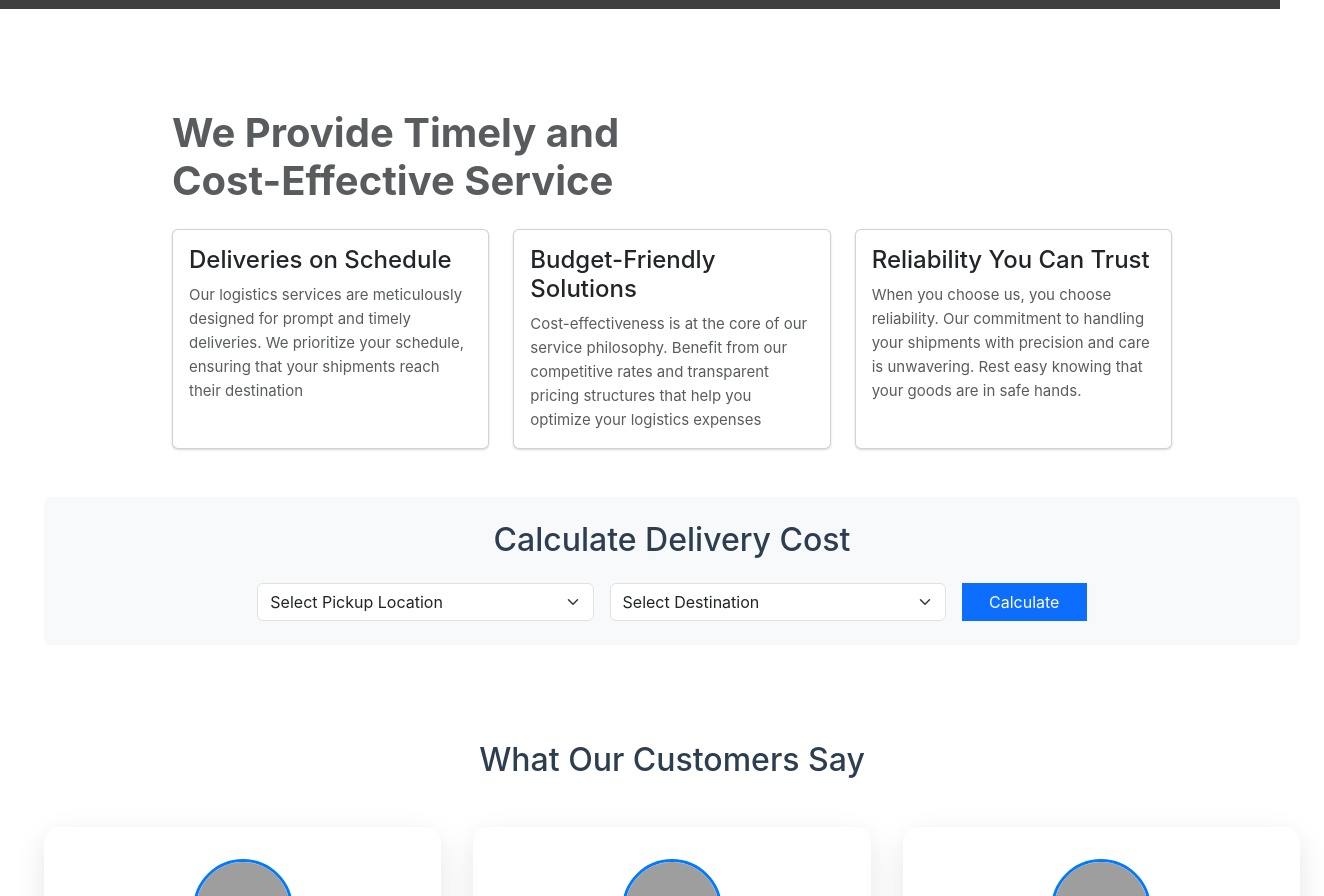
Repository: stancillous/package-yangu-logistics
Page: /
The author's editor kept a copy of each file at every save. The page is drawn from the files as they stood at one save, then again after a run of saves.
The browser window is 1280 px wide. The page is 1324 px wide, so the pictures cover 1324 px, including what lies to the right of the window. The pictures show the part of the page from y = 667 to 1563 px (the page is 2145 px tall before and 2112 px after).
Pictures or frames that could not be fetched are drawn as grey boxes. The project was rebuilt for these pictures with package versions that can differ from the ones it lists, and the page was loaded fresh each time. Also part of the build but not shown: vite.config.ts.

Above is the page before, as saved 2025-01-31 14:16:24.

### index.html
<!DOCTYPE html>
<html lang="">
  <head>
    <meta charset="UTF-8">
    <meta name="viewport" content="width=device-width, initial-scale=1.0">
    <link rel="icon" href="/favicon.ico">

    <!-- Bootstrap CSS -->
    <link href="https://cdn.jsdelivr.net/npm/bootstrap@5.3.0/dist/css/bootstrap.min.css" rel="stylesheet">
    <!-- Bootstrap Icons -->
    <link href="https://cdn.jsdelivr.net/npm/bootstrap-icons@1.11.1/font/bootstrap-icons.css" rel="stylesheet">

    <!-- Fonts -->

    <link rel="preconnect" href="https://fonts.googleapis.com">
    <link rel="preconnect" href="https://fonts.gstatic.com" crossorigin>
    <link href="https://fonts.googleapis.com/css2?family=Roboto:ital,wght@0,100..900;1,100..900&display=swap" rel="stylesheet">
    <title>Courier</title>

    <style>
      body{
        font-family: 'Roboto', sans-serif;
        overflow-x: hidden;
        width: 100vw;
      }

      button{
        border-radius: 0 !important;
      }

    </style>
  </head>
  <body>
    <div id="app"></div>


    <script type="module" src="/src/main.ts"></script>
    <!-- Bootstrap JS -->
    <script src="https://cdn.jsdelivr.net/npm/bootstrap@5.3.0/dist/js/bootstrap.bundle.min.js"></script>
  </body>
</html>

### src/main.ts
import './assets/main.css'

import { createApp } from 'vue'
import App from './App.vue'
import router from './router'

// import { BootstrapVue, BootstrapVueIcons } from 'bootstrap-vue'

// import 'bootstrap/dist/css/bootstrap.css'
// import 'bootstrap-vue/dist/bootstrap-vue.css'

const app = createApp(App)

// app.use(BootstrapVue)
// app.use(BootstrapVueIcons)

app.use(router)

app.mount('#app')

### src/App.vue
<script setup lang="ts">
import { RouterLink, RouterView } from 'vue-router'
import Index from './views/Index.vue'
</script>

<template>
  <div>
    <Index/>
  </div>

</template>

<style scoped>

body{
  border: 8px solid red !important;
}
</style>

### src/router/index.ts
import { createRouter, createWebHistory } from 'vue-router'
import Index from '../views/Index.vue'

const router = createRouter({
  history: createWebHistory(import.meta.env.BASE_URL),
  routes: [
    {
      path: '/',
      name: 'home',
      component: Index,
    },
    // {
    //   path: '/about',
    //   name: 'about',
    //   // route level code-splitting
    //   // this generates a separate chunk (About.[hash].js) for this route
    //   // which is lazy-loaded when the route is visited.
    //   component: () => import('../views/AboutView.vue'),
    // },
  ],
})

export default router

### src/views/Index.vue
<template>
    <div class="container">
      <nav class="navbar navbar-expand-lg navbar-light bg-white fixed-top shadow-sm">
        <div class="container">
          <a class="navbar-brand d-flex align-items-center" href="#">
            <i class="bi bi-box-seam fs-2 text-primary me-2"></i>
            <span class="fw-bold">FastCourier</span>
          </a>
          <button class="navbar-toggler" type="button" data-bs-toggle="collapse" data-bs-target="#navbarNav">
            <span class="navbar-toggler-icon"></span>
          </button>
          <div class="collapse navbar-collapse" id="navbarNav">
              <ul class="navbar-nav ms-auto">
                  <li><small class="text-uppercase"><a class="nav-link" href="#">home</a></small></li>
                  <li><small class="text-uppercase"><a class="nav-link" href="#">services</a></small></li>
                  <li><small class="text-uppercase"><a class="nav-link" href="#">about us</a></small></li>
                  <li><small class="text-uppercase"><a class="nav-link" href="#">news</a></small></li>
              </ul>
              <div class="ms-5">
                  <button class="btn btn-sm btn-outline-primary">CONTACT US</button>
              </div>
          </div>
        </div>
      </nav>

      <div class="content-wrapper">
        <div class="hero-section">
            <div class="hero-content">
                <h1 class="fw-bold  display-4">Seamless Shipping, <br> Unmatched Care</h1>
                <p class="card-text">Delivering Convenience with Every Shipment. Enjoy smooth logistics and outstanding customer service backed by our commitment to excellence.</p>
                <button class="btn btn-sm btn-light px-4 py-2 text-primary">Get Started</button>
            </div>
        </div>


        <!-- Services Section -->
        <div style="padding-top: 700px;" class="section-wrp">
          <h2 class="fw-bold display-6 mb-4 text-muted">We Provide Timely and <br> Cost-Effective Service</h2>
          <div class="row g-4">
            <div class="col-md-4">
              <div class="card h-100">
                <div class="card-body">
                  <!-- <i class="bi bi-truck fs-1 text-primary mb-3"></i> -->
                  <h4 class="card-title">Deliveries on Schedule</h4>
                  <p class="card-text text-muted">Our logistics services are meticulously designed for prompt and timely deliveries. We prioritize your schedule, ensuring that your shipments reach their destination</p>
                </div>
              </div>
            </div>
            <div class="col-md-4">
              <div class="card h-100">
                <div class="card-body">
                  <!-- <i class="bi bi-globe fs-1 text-primary mb-3"></i> -->
                  <h4 class="card-title">Budget-Friendly Solutions</h4>
                  <p class="card-text text-muted">Cost-effectiveness is at the core of our service philosophy. Benefit from our competitive rates and transparent pricing structures that help you optimize your logistics expenses</p>
                </div>
              </div>
            </div>
            <div class="col-md-4">
              <div class="card h-100">
                <div class="card-body">
                  <!-- <i class="bi bi-shield-check fs-1 text-primary mb-3"></i> -->
                  <h4 class="card-title">Reliability You Can Trust</h4>
                  <p class="card-text text-muted">When you choose us, you choose reliability. Our commitment to handling your shipments with precision and care is unwavering. Rest easy knowing that your goods are in safe hands.</p>
                </div>
              </div>
            </div>
          </div>
        </div>

        <!-- Delivery Calculator -->
        <div class="calculator-section my-5 py-4 bg-light rounded">
          <h2 class="text-center mb-4">Calculate Delivery Cost</h2>
          <div class="row justify-content-center">
            <div class="col-md-8">
              <div class="row g-3">
                <div class="col-md-5">
                  <select v-model="pickup" class="form-select">
                    <option value="" disabled selected>Select Pickup Location</option>
                    <option value="nairobi">Nairobi</option>
                    <option value="mombasa">Mombasa</option>
                    <option value="kisumu">Kisumu</option>
                    <option value="nakuru">Nakuru</option>
                    <option value="eldoret">Eldoret</option>
                  </select>
                </div>
                <div class="col-md-5">
                  <select v-model="destination" class="form-select">
                    <option value="" disabled selected>Select Destination</option>
                    <option value="nairobi">Nairobi</option>
                    <option value="mombasa">Mombasa</option>
                    <option value="kisumu">Kisumu</option>
                    <option value="nakuru">Nakuru</option>
                    <option value="eldoret">Eldoret</option>
                  </select>
                </div>
                <div class="col-md-2">
                  <button @click="calculatePrice" class="btn btn-primary w-100">Calculate</button>
                </div>
              </div>
              <div v-if="price" class="mt-4 text-center">
                <h4>Estimated Cost: KES {{ price }}</h4>
              </div>
            </div>
          </div>
        </div>

        <!-- Reviews Section -->
        <div class="reviews-section my-5 py-5">
          <h2 class="text-center mb-5">What Our Customers Say</h2>
          <div class="reviews-grid">
            <div class="review-card">
              <div class="review-image">
                <img src="https://randomuser.me/api/portraits/men/32.jpg" alt="John Doe">
              </div>
              <h5 class="mt-3">John Doe</h5>
              <p class="text-muted mb-2">Business Owner</p>
              <div class="rating mb-2">
                <i class="bi bi-star-fill text-warning"></i>
                <i class="bi bi-star-fill text-warning"></i>
                <i class="bi bi-star-fill text-warning"></i>
                <i class="bi bi-star-fill text-warning"></i>
                <i class="bi bi-star-fill text-warning"></i>
              </div>
              <p>"FastCourier has been instrumental in growing my business."</p>
            </div>

            <div class="review-card">
              <div class="review-image">
                <img src="https://randomuser.me/api/portraits/women/44.jpg" alt="Sarah Smith">
              </div>
              <h5 class="mt-3">Sarah Smith</h5>
              <p class="text-muted mb-2">Online Seller</p>
              <div class="rating mb-2">
                <i class="bi bi-star-fill text-warning"></i>
                <i class="bi bi-star-fill text-warning"></i>
                <i class="bi bi-star-fill text-warning"></i>
                <i class="bi bi-star-fill text-warning"></i>
                <i class="bi bi-star-half text-warning"></i>
              </div>
              <p>"Their prices are competitive and service exceptional!"</p>
            </div>

            <div class="review-card">
              <div class="review-image">
                <img src="https://randomuser.me/api/portraits/men/67.jpg" alt="Mike Johnson">
              </div>
              <h5 class="mt-3">Mike Johnson</h5>
              <p class="text-muted mb-2">Regular Customer</p>
              <div class="rating mb-2">
                <i class="bi bi-star-fill text-warning"></i>
                <i class="bi bi-star-fill text-warning"></i>
                <i class="bi bi-star-fill text-warning"></i>
                <i class="bi bi-star-fill text-warning"></i>
                <i class="bi bi-star-fill text-warning"></i>
              </div>
              <p>"Best courier service I've ever used!"</p>
            </div>
          </div>
        </div>

        <!-- Footer -->
        <footer class="bg-dark text-light py-4 mt-5">
          <div class="container">
            <div class="row">
              <div class="col-md-4">
                <h5>Contact Us</h5>
                <p>Email: info@courier.com<br>
                   Phone: +254 700 000 000</p>
              </div>
              <div class="col-md-4">
                <h5>Quick Links</h5>
                <ul class="list-unstyled">
                  <li><a href="#" class="text-light">About Us</a></li>
                  <li><a href="#" class="text-light">Services</a></li>
                  <li><a href="#" class="text-light">Track Package</a></li>
                </ul>
              </div>
              <div class="col-md-4">
                <h5>Follow Us</h5>
                <div class="fs-4">
                  <i class="bi bi-facebook me-3"></i>
                  <i class="bi bi-twitter me-3"></i>
                  <i class="bi bi-instagram"></i>
                </div>
              </div>
            </div>
            <div class="text-center mt-3">
              <small>&copy; 2025 Courier Services. All rights reserved.</small>
            </div>
          </div>
        </footer>
      </div>
    </div>
  </template>

  <script>
  export default {
    name: 'Index',
    data() {
      return {
        pickup: '',
        destination: '',
        price: null
      }
    },
    methods: {
      calculatePrice() {
        if (this.pickup && this.destination) {
          // Generate a random price between 1000 and 5000
          this.price = Math.floor(Math.random() * (5000 - 1000 + 1)) + 1000;
        }
      }
    }
  }
  </script>

  <style scoped>

.container {
      width: 100vw;
      max-width: 1500px;
      margin: auto;
  }

  .section-wrp{
    max-width: 1000px;
    margin: 1rem auto;
  }

.hero-section {
    position: absolute;
    left: 0;
  width: 100vw;
  height: 600px;
  background-image: url('https://images.unsplash.com/photo-1578575437130-527eed3abbec');
  background-size: cover;
  background-position: center;
  /* position: relative; */
  display: flex;
  align-items: center;
  justify-content: center;
  color: white;
  margin-left: calc(-50vw + 50%);
  margin-right: calc(-50vw + 50%);
}

.hero-section::before {
  content: '';
  position: absolute;
  top: 0;
  left: 0;
  width: 100%;
  height: 100%;
  background: rgba(0, 0, 0, 0.6);
}

.hero-content {
  position: relative;
  z-index: 2;
  max-width: 800px;
  text-align: left;
  padding: 0 1rem;
}




  .content-wrapper {
      margin-top: 76px;
  }


  .card {
    box-shadow: rgba(0, 0, 0, 0.1) 0px 1px 3px 0px, rgba(0, 0, 0, 0.06) 0px 1px 2px 0px;
  }

  .card:hover {
    transform: translateY(-5px);
  }

  .reviews-grid {
      display: grid;
      grid-template-columns: repeat(auto-fit, minmax(300px, 1fr));
      gap: 2rem;
      perspective: 1000px;
  }

  .review-card {
      background: white;
      border-radius: 15px;
      padding: 2rem;
      text-align: center;
      box-shadow: 0 10px 30px rgba(0, 0, 0, 0.1);
      transition: transform 0.5s;
      transform-style: preserve-3d;
  }

  .review-card:hover {
      transform: translateZ(20px) rotateX(5deg);
  }

  .review-image {
      width: 100px;
      height: 100px;
      margin: 0 auto;
      border-radius: 50%;
      overflow: hidden;
      border: 3px solid #007bff;
  }

  .review-image img {
      width: 100%;
      height: 100%;
      object-fit: cover;
  }

  .rating {
      font-size: 1.2rem;
  }

  @media (max-width: 768px) {
      .reviews-grid {
          grid-template-columns: 1fr;
      }
  }
  </style>

Loaded but not shown: src/assets/main.css (common file); src/assets/base.css (common file)

After the next 6 saves:
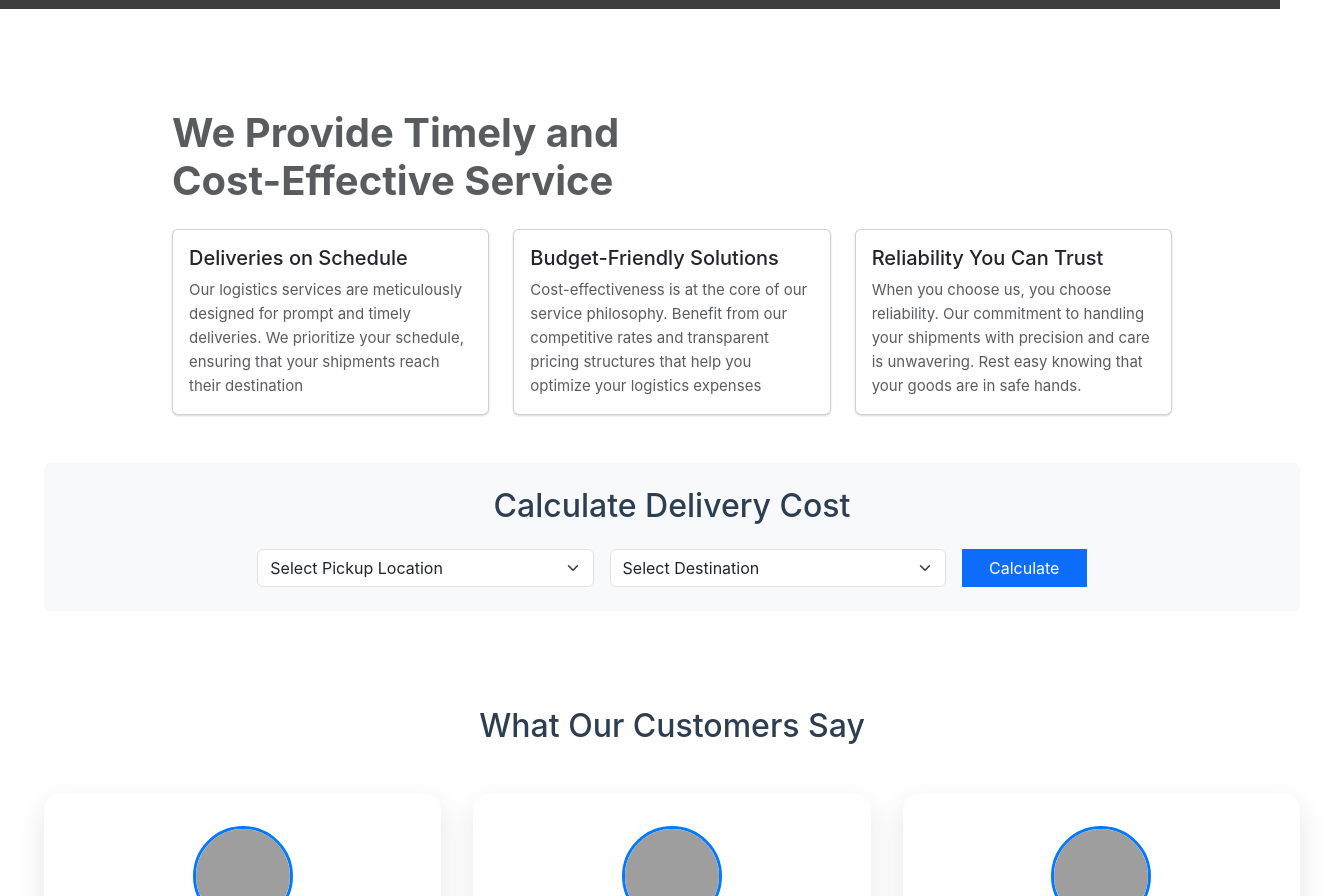
The 6 saves are shown as one change because they came seconds apart.
The last was saved 17 s later.
--- a/src/views/Index.vue
+++ b/src/views/Index.vue
@@ -41,7 +41,7 @@
               <div class="card h-100">
                 <div class="card-body">
                   <!-- <i class="bi bi-truck fs-1 text-primary mb-3"></i> -->
-                  <h4 class="card-title">Deliveries on Schedule</h4>
+                  <h5 class="card-title">Deliveries on Schedule</h5>
                   <p class="card-text text-muted">Our logistics services are meticulously designed for prompt and timely deliveries. We prioritize your schedule, ensuring that your shipments reach their destination</p>
                 </div>
               </div>
@@ -50,7 +50,7 @@
               <div class="card h-100">
                 <div class="card-body">
                   <!-- <i class="bi bi-globe fs-1 text-primary mb-3"></i> -->
-                  <h4 class="card-title">Budget-Friendly Solutions</h4>
+                  <h5 class="card-title">Budget-Friendly Solutions</h5>
                   <p class="card-text text-muted">Cost-effectiveness is at the core of our service philosophy. Benefit from our competitive rates and transparent pricing structures that help you optimize your logistics expenses</p>
                 </div>
               </div>
@@ -59,7 +59,7 @@
               <div class="card h-100">
                 <div class="card-body">
                   <!-- <i class="bi bi-shield-check fs-1 text-primary mb-3"></i> -->
-                  <h4 class="card-title">Reliability You Can Trust</h4>
+                  <h5 class="card-title">Reliability You Can Trust</h5>
                   <p class="card-text text-muted">When you choose us, you choose reliability. Our commitment to handling your shipments with precision and care is unwavering. Rest easy knowing that your goods are in safe hands.</p>
                 </div>
               </div>
